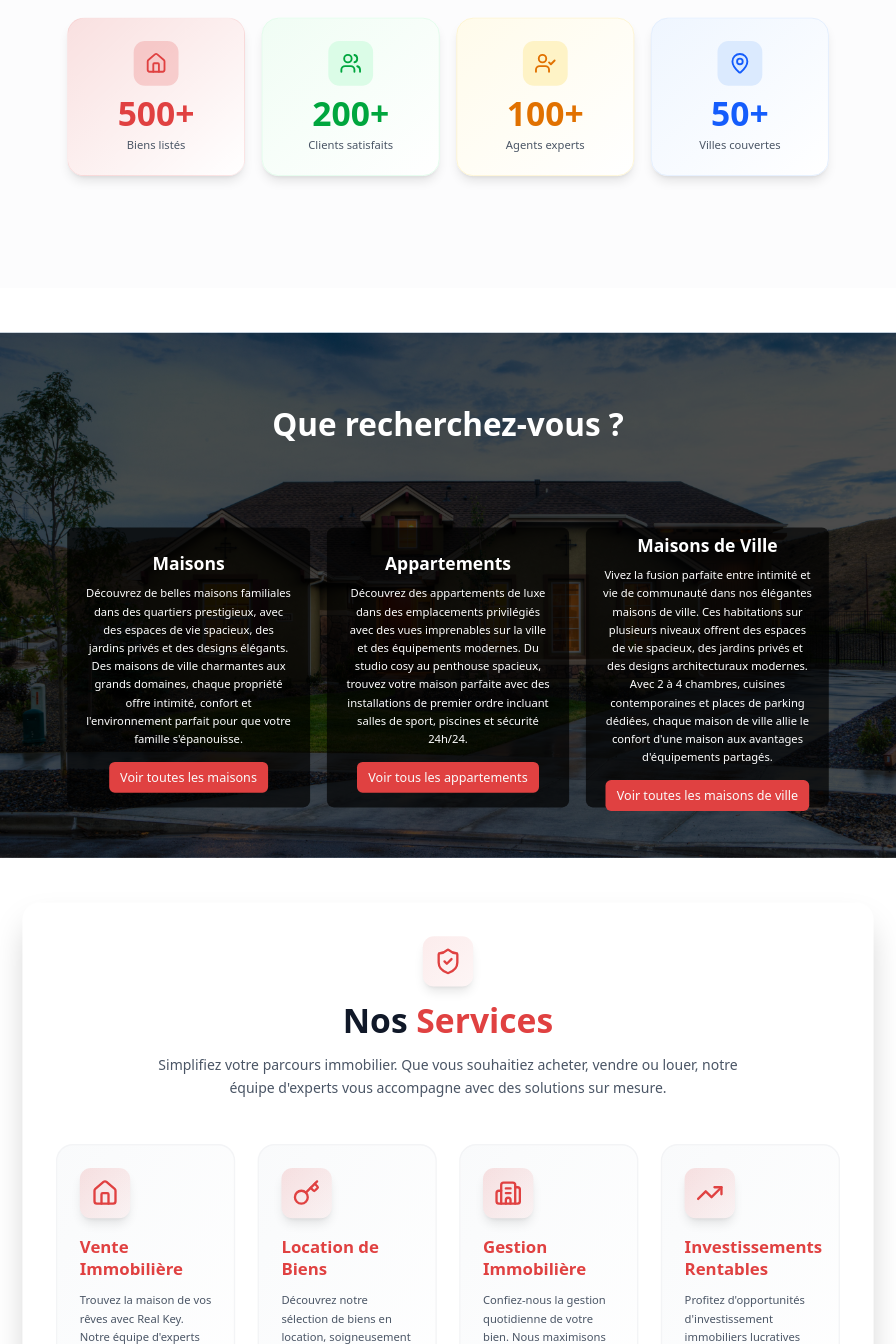
Repository: lamatmed/Real-Key
Page: /
These files come from the project's save history. The page is drawn as it stood at one moment and after the next save; the edit follows.
The browser window is 1280 px wide. The pictures show the part of the page from y = 2008 to 3928 px (the page is 5503 px tall before and 4823 px after), at 70% of full size.
The page's requests for data from a server got no answer. The project was rebuilt for these pictures with package versions that can differ from the ones it lists, and the page was loaded fresh each time. Some packages were replaced by stand-ins written for this rebuild. The framework's server and built-in components were replaced by stand-ins that run in the browser. No one was signed in, and anything a server would have sent is missing. Also part of the build but not shown: next.config.ts, app/_components/PropertyCard.tsx.

Above is the page before, as saved 2025-09-28 17:04:21.

### app/layout.tsx
import type { Metadata } from "next";
import { Geist, Geist_Mono } from "next/font/google";
import './globals.css'
import { ClerkProvider } from "@clerk/nextjs";
import { ConvexClientProvider } from "./ConvexClientProvider";
import Navbar from "./_components/Navbar";
import ConnectUserToConvext from "./ConnectUserToConvext";
import Footer from "./_components/Footer";

const geistSans = Geist({
  variable: "--font-geist-sans",
  subsets: ["latin"],
});

const geistMono = Geist_Mono({
  variable: "--font-geist-mono",
  subsets: ["latin"],
});

export const metadata: Metadata = {
  title: "Real Key",
  description: "Full Real Estate website",
};

export default function RootLayout({
  children,
}: Readonly<{
  children: React.ReactNode;
}>) {
  return (
    <ConvexClientProvider>
     <ClerkProvider>
    <html lang="en">
      <body
        className={`${geistSans.variable} ${geistMono.variable} antialiased`}
      >

        <Navbar/>
       <ConnectUserToConvext/>
        {children}
        <Footer/>

      </body>
    </html>
    </ClerkProvider>
    </ConvexClientProvider>
  );
}

### app/page.tsx
import Hero from "./_components/Hero";
import FeaturedProperties from "./_components/FeaturedProperties";
import WhatWeDo from "./_components/WhatWeDo";
import ConnectingPeople from "./_components/ConnectingPeople";
import WhatClientWant from "./_components/WhatClientWant";

export default function Home() {
  return (
    <div className="">
      <Hero/>
      <FeaturedProperties/>
      <WhatClientWant/>
      <WhatWeDo/>
      <ConnectingPeople/>
    </div>
  )
}

### app/globals.css
@import "tailwindcss";
@import "tw-animate-css";

@custom-variant dark (&:is(.dark *));

@theme inline {
  --color-background: var(--background);
  --color-foreground: var(--foreground);
  --font-sans: var(--font-geist-sans);
  --font-mono: var(--font-geist-mono);
  --color-sidebar-ring: var(--sidebar-ring);
  --color-sidebar-border: var(--sidebar-border);
  --color-sidebar-accent-foreground: var(--sidebar-accent-foreground);
  --color-sidebar-accent: var(--sidebar-accent);
  --color-sidebar-primary-foreground: var(--sidebar-primary-foreground);
  --color-sidebar-primary: var(--sidebar-primary);
  --color-sidebar-foreground: var(--sidebar-foreground);
  --color-sidebar: var(--sidebar);
  --color-chart-5: var(--chart-5);
  --color-chart-4: var(--chart-4);
  --color-chart-3: var(--chart-3);
  --color-chart-2: var(--chart-2);
  --color-chart-1: var(--chart-1);
  --color-ring: var(--ring);
  --color-input: var(--input);
  --color-border: var(--border);
  --color-destructive: var(--destructive);
  --color-accent-foreground: var(--accent-foreground);
  --color-accent: var(--accent);
  --color-muted-foreground: var(--muted-foreground);
  --color-muted: var(--muted);
  --color-secondary-foreground: var(--secondary-foreground);
  --color-secondary: var(--secondary);
  --color-primary-foreground: var(--primary-foreground);
  --color-primary: var(--primary);
  --color-popover-foreground: var(--popover-foreground);
  --color-popover: var(--popover);
  --color-card-foreground: var(--card-foreground);
  --color-card: var(--card);
  --radius-sm: calc(var(--radius) - 4px);
  --radius-md: calc(var(--radius) - 2px);
  --radius-lg: var(--radius);
  --radius-xl: calc(var(--radius) + 4px);
}

h2{
  position: relative;
  display: inline-block;
  color: black;
  font-size: 35px;

}

h2::before{
  position: absolute;
  content: "";
  width: 50%;
  height: 4px;
  background-color: #e04141;
  bottom: 0;
  left: 0;
}

:root {
  --radius: 0.625rem;
  --background: oklch(1 0 0);
  --foreground: oklch(0.145 0 0);
  --card: oklch(1 0 0);
  --card-foreground: oklch(0.145 0 0);
  --popover: oklch(1 0 0);
  --popover-foreground: oklch(0.145 0 0);
  --primary: oklch(0.205 0 0);
  --primary-foreground: oklch(0.985 0 0);
  --secondary: oklch(0.97 0 0);
  --secondary-foreground: oklch(0.205 0 0);
  --muted: oklch(0.97 0 0);
  --muted-foreground: oklch(0.556 0 0);
  --accent: oklch(0.97 0 0);
  --accent-foreground: oklch(0.205 0 0);
  --destructive: oklch(0.577 0.245 27.325);
  --border: oklch(0.922 0 0);
  --input: oklch(0.922 0 0);
  --ring: oklch(0.708 0 0);
  --chart-1: oklch(0.646 0.222 41.116);
  --chart-2: oklch(0.6 0.118 184.704);
  --chart-3: oklch(0.398 0.07 227.392);
  --chart-4: oklch(0.828 0.189 84.429);
  --chart-5: oklch(0.769 0.188 70.08);
  --sidebar: oklch(0.985 0 0);
  --sidebar-foreground: oklch(0.145 0 0);
  --sidebar-primary: oklch(0.205 0 0);
  --sidebar-primary-foreground: oklch(0.985 0 0);
  --sidebar-accent: oklch(0.97 0 0);
  --sidebar-accent-foreground: oklch(0.205 0 0);
  --sidebar-border: oklch(0.922 0 0);
  --sidebar-ring: oklch(0.708 0 0);
}

.dark {
  --background: oklch(0.145 0 0);
  --foreground: oklch(0.985 0 0);
  --card: oklch(0.205 0 0);
  --card-foreground: oklch(0.985 0 0);
  --popover: oklch(0.205 0 0);
  --popover-foreground: oklch(0.985 0 0);
  --primary: oklch(0.922 0 0);
  --primary-foreground: oklch(0.205 0 0);
  --secondary: oklch(0.269 0 0);
  --secondary-foreground: oklch(0.985 0 0);
  --muted: oklch(0.269 0 0);
  --muted-foreground: oklch(0.708 0 0);
  --accent: oklch(0.269 0 0);
  --accent-foreground: oklch(0.985 0 0);
  --destructive: oklch(0.704 0.191 22.216);
  --border: oklch(1 0 0 / 10%);
  --input: oklch(1 0 0 / 15%);
  --ring: oklch(0.556 0 0);
  --chart-1: oklch(0.488 0.243 264.376);
  --chart-2: oklch(0.696 0.17 162.48);
  --chart-3: oklch(0.769 0.188 70.08);
  --chart-4: oklch(0.627 0.265 303.9);
  --chart-5: oklch(0.645 0.246 16.439);
  --sidebar: oklch(0.205 0 0);
  --sidebar-foreground: oklch(0.985 0 0);
  --sidebar-primary: oklch(0.488 0.243 264.376);
  --sidebar-primary-foreground: oklch(0.985 0 0);
  --sidebar-accent: oklch(0.269 0 0);
  --sidebar-accent-foreground: oklch(0.985 0 0);
  --sidebar-border: oklch(1 0 0 / 10%);
  --sidebar-ring: oklch(0.556 0 0);
}

@layer base {
  * {
    @apply border-border outline-ring/50;
  }
  body {
    @apply bg-background text-foreground;
  }
}

### app/ConvexClientProvider.tsx
"use client";

import { ConvexProvider, ConvexReactClient } from "convex/react";
import { ReactNode } from "react";

// جلب العنوان من الـ environment variable
const address = process.env.NEXT_PUBLIC_CONVEX_URL;

// حماية إضافية لو المتغير مش موجود
if (!address) {
  throw new Error(
    "❌ NEXT_PUBLIC_CONVEX_URL is not defined. تأكد من إضافة المتغير داخل Vercel Environment Variables."
  );
}

// إنشاء عميل Convex
const convex = new ConvexReactClient(address);

export function ConvexClientProvider({ children }: { children: ReactNode }) {
  return <ConvexProvider client={convex}>{children}</ConvexProvider>;
}

### app/ConnectUserToConvext.tsx
"use client"
import { api } from '@/convex/_generated/api'
import { useUser } from '@clerk/nextjs'
import { useMutation } from 'convex/react'
import React, { useEffect } from 'react'

function ConnectUserToConvext() {

    const {user} = useUser()

    const updateUser = useMutation(api.users.updateUser)
    useEffect(()=>{
        if(!user){
            return
        }
        const syncUser= async()=>{
            try {
               await updateUser({
                userId:user.id,
                name:`${user?.firstName ?? "" } ${user?.lastName ?? ""}`,
               email: user.emailAddresses[0]?.emailAddress ?? "",
               })
            } catch (error) {
                 console.error("Error syncing user:", error);
            }
        }
        syncUser()
    },[user,updateUser])

    return null


}

export default ConnectUserToConvext

### app/_components/Footer.tsx
import Image from "next/image";

function Footer() {
    return (
        <footer className="px-6 md:px-16 lg:px-24 xl:px-32 pt-8 w-full text-gray-500 ">
            <div className="flex flex-col md:flex-row justify-between w-full gap-10 border-b border-gray-500/30 pb-6">
                <div className="md:max-w-96">
            <Image alt="image" src="/logoFooter.png" width={150} height={150}/>
                    <p className="mt-6 text-sm">
                        Real Key révolutionne l'expérience immobilière en offrant des services transparents et accessibles.
                        Notre mission est de vous accompagner dans tous vos projets, de l'achat à la location,
                        avec expertise et innovation depuis 2015.
                    </p>
                </div>
                <div className="flex-1 flex items-start md:justify-end gap-20">
                    <div>
                        <h1 className="font-semibold mb-5 text-gray-800">Entreprise</h1>
                        <ul className="text-sm space-y-2">
                            <li><a href="/">Accueil</a></li>
                            <li><a href="/about">À propos</a></li>
                            <li><a href="/contact">Contact</a></li>
                            <li><a href="/privacy">Politique de confidentialité</a></li>
                        </ul>
                    </div>
                    <div>
                        <h1 className="font-semibold mb-5 text-gray-800">Nous contacter</h1>
                        <div className="text-sm space-y-2">
                            <p>01 23 45 67 89</p>
                            <p>contact@realkey.fr</p>
                        </div>
                    </div>
                </div>
            </div>
            <p className="pt-4 text-center text-xs md:text-sm pb-5">
                Copyright 2025 © <a href="/">Real Key</a>. Tous droits réservés.
            </p>
        </footer>
    );
};
export default Footer

### app/_components/Hero.tsx
import { Button } from '@/components/ui/button'
import Image from 'next/image'
import Link from 'next/link'
import React from 'react'

function Hero() {
  return (
    <div className='relative overflow-hidden h-[750px] w-full'>
        <Image
          alt='Bannière principale'
          fill
          className='w-full h-[750px] object-cover'
          src="/hero.jpg"
          priority
        />

      <div className='absolute inset-0 bg-black/80'></div>

      <div className='absolute inset-0 flex items-center justify-center'>
        <div className='text-center px-4 max-w-4xl'>
          <h1 className='text-4xl sm:text-5xl md:text-7xl font-bold mb-6 text-white'>
            Bienvenue chez
            <span className='block text-[#e04141] mt-2'>Real Key</span>
          </h1>

          <p className='text-lg md:text-xl lg:text-2xl mb-8 text-gray-200 max-w-3xl mx-auto'>
            Nous proposons des solutions innovantes et des services premium pour vous aider à atteindre vos objectifs et réussir dans le monde de l'immobilier.
          </p>

          <Link href="/properties">
            <Button className='bg-[#e04141] hover:bg-[#c03939] text-white px-8 py-6 text-lg'>
              Commencer Maintenant
            </Button>
          </Link>
        </div>
      </div>
    </div>
  )
}

export default Hero

### app/_components/ConnectingPeople.tsx
import { Button } from '@/components/ui/button'
import Image from 'next/image'
import React from 'react'

function ConnectingPeople() {
  return (
    <div className='p-6 md:p-12 lg:p-24 items-center grid grid-cols-1 lg:grid-cols-2 gap-6 lg:gap-8'>

        <Image
          className='rounded-3xl w-full h-[300px] md:h-[400px] lg:h-[450px] object-cover'
          width={800}
          height={800}
          alt='image'
          src="/house.jpg"
        />

        <div className='text-center lg:text-left'>
          <h1 className='text-2xl md:text-3xl lg:text-[35px] text-[#e04141] font-bold leading-tight'>
            Notre passion : connecter les personnes avec leur maison idéale.
          </h1>
          <p className='text-gray-600 mt-3 text-sm md:text-base lg:text-lg leading-relaxed'>
            Avec une passion authentique pour aider les gens à trouver la maison de leurs rêves, nous nous consacrons à mettre en relation acheteurs et vendeurs sur le marché immobilier. Faites-nous confiance pour rendre votre expérience d'achat ou de vente fluide et satisfaisante.
          </p>

          <Button className='mt-5 w-full lg:w-auto'>En savoir plus</Button>
        </div>
    </div>
  )
}

export default ConnectingPeople

### app/_components/WhatClientWant.tsx
import { Button } from '@/components/ui/button'
import { Building, Fence, House } from 'lucide-react'
import Image from 'next/image'
import Link from 'next/link'
import React from 'react'

function WhatClientWant() {
  return (
   <div className='relative lg:h-[750px] w-full'>

        <Image
          alt='hero'
          fill
          className='w-full h-full object-cover'
          src="/whatClientWant.jpg"
        />

      <div className='absolute inset-0 bg-black/70 z-10'></div>


    <div className='absolute inset-0 z-20 flex flex-col justify-center'>
      <div className='flex items-center justify-center mt-8 lg:mt-32'>
        <h1 className='text-3xl md:text-[45px] font-bold mb-6 text-white text-center px-4'>
          Que recherchez-vous ?
        </h1>
      </div>

      <div className='grid grid-cols-1 lg:grid-cols-3 text-white gap-4 lg:gap-6 text-center p-4 lg:p-24'>

        <div className='p-4 lg:p-6 flex flex-col items-center h-auto lg:h-[400px] justify-center bg-black/70 rounded-lg'>
          <House className="w-12 h-12 md:w-16 md:h-16 lg:w-[85px] lg:h-[85px]"/>
          <h3 className='my-3 text-xl lg:text-[25px] font-semibold'>Maisons</h3>
          <p className='text-sm lg:text-base leading-relaxed'>
            Découvrez de belles maisons familiales dans des quartiers prestigieux, avec des espaces de vie spacieux, des jardins privés et des designs élégants. Des maisons de ville charmantes aux grands domaines, chaque propriété offre intimité, confort et l'environnement parfait pour que votre famille s'épanouisse.
          </p>
          <Link href="/properties?type=house" className='w-full mt-4 lg:mt-5'>
            <Button className='bg-[#e04141] w-full lg:w-auto'>Voir toutes les maisons</Button>
          </Link>
        </div>

        <div className='p-4 lg:p-6 flex flex-col items-center h-auto lg:h-[400px] justify-center bg-black/70 rounded-lg'>
          <Building className="w-12 h-12 md:w-16 md:h-16 lg:w-[85px] lg:h-[85px]"/>
          <h3 className='my-3 text-xl lg:text-[25px] font-semibold'>Appartements</h3>
          <p className='text-sm lg:text-base leading-relaxed'>
            Découvrez des appartements de luxe dans des emplacements privilégiés avec des vues imprenables sur la ville et des équipements modernes. Du studio cosy au penthouse spacieux, trouvez votre maison parfaite avec des installations de premier ordre incluant salles de sport, piscines et sécurité 24h/24.
          </p>
          <Link href="/properties?type=apartment" className='w-full mt-4 lg:mt-5'>
            <Button className='bg-[#e04141] w-full lg:w-auto'>Voir tous les appartements</Button>
          </Link>
        </div>

        <div className='p-4 lg:p-6 flex flex-col items-center h-auto lg:h-[400px] justify-center bg-black/70 rounded-lg'>
          <Fence className="w-12 h-12 md:w-16 md:h-16 lg:w-[85px] lg:h-[85px]"/>
          <h3 className='my-3 text-xl lg:text-[25px] font-semibold'>Maisons de Ville</h3>
          <p className='text-sm lg:text-base leading-relaxed'>
            Vivez la fusion parfaite entre intimité et vie de communauté dans nos élégantes maisons de ville. Ces habitations sur plusieurs niveaux offrent des espaces de vie spacieux, des jardins privés et des designs architecturaux modernes. Avec 2 à 4 chambres, cuisines contemporaines et places de parking dédiées, chaque maison de ville allie le confort d'une maison aux avantages d'équipements partagés.
          </p>
          <Link href="/properties?type=townhouse" className='w-full mt-4 lg:mt-5'>
            <Button className='bg-[#e04141] w-full lg:w-auto'>Voir toutes les maisons de ville</Button>
          </Link>
        </div>

      </div>
    </div>

    </div>
  )
}

export default WhatClientWant

### components/ui/button.tsx
import * as React from "react"
import { Slot } from "@radix-ui/react-slot"
import { cva, type VariantProps } from "class-variance-authority"

import { cn } from "@/lib/utils"

const buttonVariants = cva(
  "inline-flex items-center justify-center gap-2 whitespace-nowrap rounded-md text-lg font-medium transition-all disabled:pointer-events-none disabled:opacity-50 [&_svg]:pointer-events-none [&_svg:not([class*='size-'])]:size-4 shrink-0 [&_svg]:shrink-0 outline-none focus-visible:border-ring focus-visible:ring-ring/50 focus-visible:ring-[3px] aria-invalid:ring-destructive/20 dark:aria-invalid:ring-destructive/40 aria-invalid:border-destructive",
  {
    variants: {
      variant: {
        default: "bg-primary text-primary-foreground hover:bg-primary/90 cursor-pointer",
        destructive:
          "bg-destructive text-white hover:bg-destructive/90 focus-visible:ring-destructive/20 dark:focus-visible:ring-destructive/40 dark:bg-destructive/60",
        outline:
          "border bg-background shadow-xs hover:bg-accent hover:text-accent-foreground dark:bg-input/30 dark:border-input dark:hover:bg-input/50",
        secondary:
          "bg-secondary text-secondary-foreground hover:bg-secondary/80",
        ghost:
          "hover:bg-accent hover:text-accent-foreground dark:hover:bg-accent/50",
        link: "text-primary underline-offset-4 hover:underline",
      },
      size: {
        default: " px-4 py-2 has-[>svg]:px-3",
        sm: "h-8 rounded-md gap-1.5 px-3 has-[>svg]:px-2.5",
        lg: "h-10 rounded-md px-6 has-[>svg]:px-4",
        icon: "size-9",
      },
    },
    defaultVariants: {
      variant: "default",
      size: "default",
    },
  }
)

function Button({
  className,
  variant,
  size,
  asChild = false,
  ...props
}: React.ComponentProps<"button"> &
  VariantProps<typeof buttonVariants> & {
    asChild?: boolean
  }) {
  const Comp = asChild ? Slot : "button"

  return (
    <Comp
      data-slot="button"
      className={cn(buttonVariants({ variant, size, className }))}
      {...props}
    />
  )
}

export { Button, buttonVariants }

Loaded but not shown: convex/_generated/api.js (common file); lib/utils.ts (common file); app/_components/FeaturedProperties.tsx (113 lines, source omitted); app/_components/WhatWeDo.tsx (122 lines, source omitted); app/_components/Navbar.tsx (149 lines, source omitted)

After the next save:
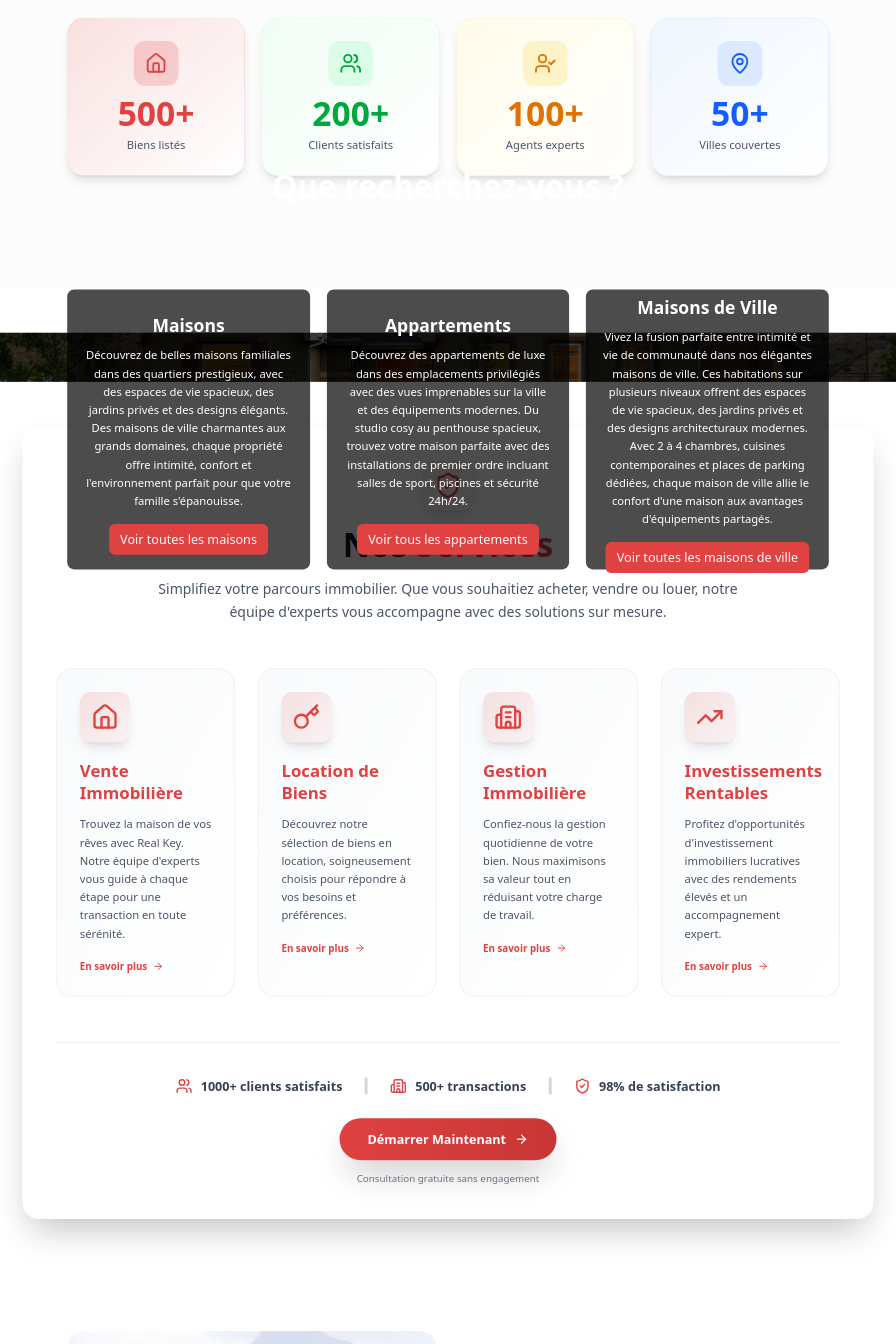
Saved 4 s later.
--- a/app/_components/WhatClientWant.tsx
+++ b/app/_components/WhatClientWant.tsx
@@ -6,7 +6,7 @@ import React from 'react'
 
 function WhatClientWant() {
   return (
-   <div className='relative lg:h-[750px] w-full'>
+   <div className='relative lg:h-[70px] w-full'>
 
         <Image
           alt='hero'
